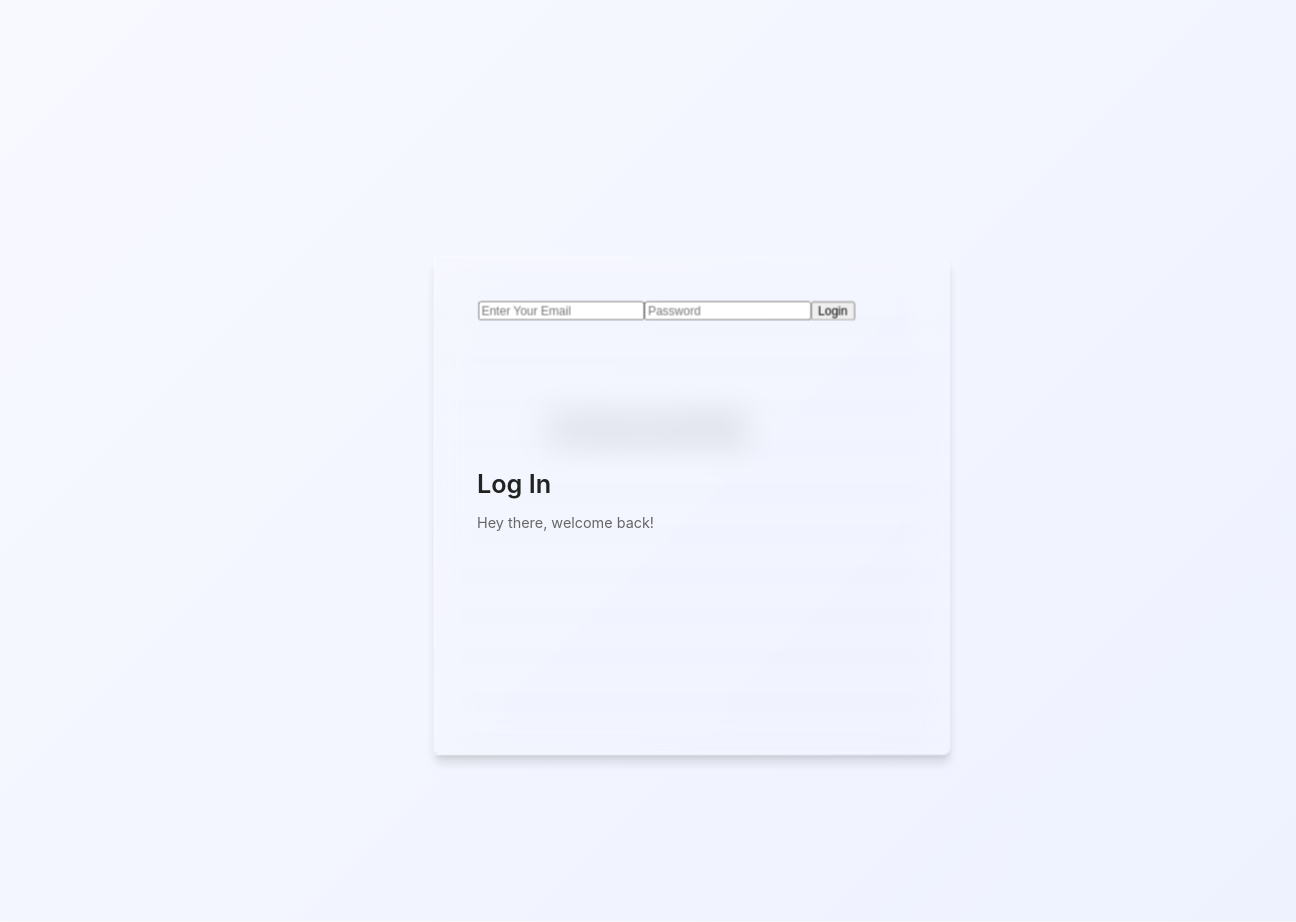
Repository: AfifaNoor/Admin_Panel-React-
Page: /sign-up
The author's editor kept a copy of each file at every save. The page is drawn from the files as they stood at one save, then again after the next save.
The browser window is 1280 px wide. The page is 1440 px wide, so the pictures cover 1440 px, including what lies to the right of the window. The pictures show the whole page, at 90% of full size.
The project was rebuilt for these pictures with package versions that can differ from the ones it lists, and the page was loaded fresh each time. Also part of the build but not shown: src/SignUp.jsx.

Above is the page before, as saved 2025-07-10 15:44:44.

After the next save:
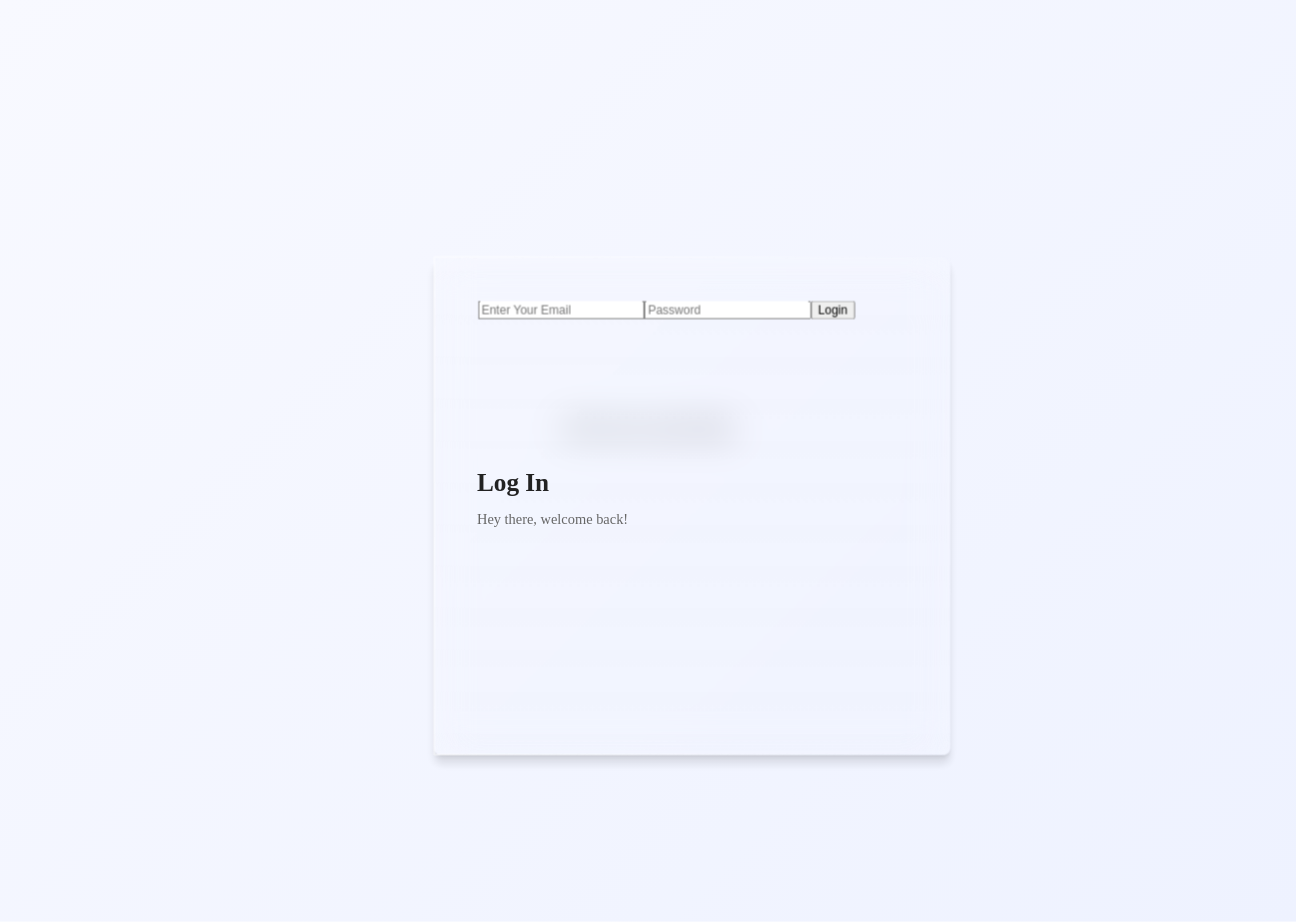
Saved 63 s later.
--- a/src/LoginPage.css
+++ b/src/LoginPage.css
@@ -9,7 +9,7 @@
   align-items: center;
   background: linear-gradient(135deg, #f8f9ff, #eef2ff);
   flex-direction: column;
-  font-family: 'Inter','sans-serif';
+  font-family:'sans-serif';
   position: relative;
 
 

After the save that followed:
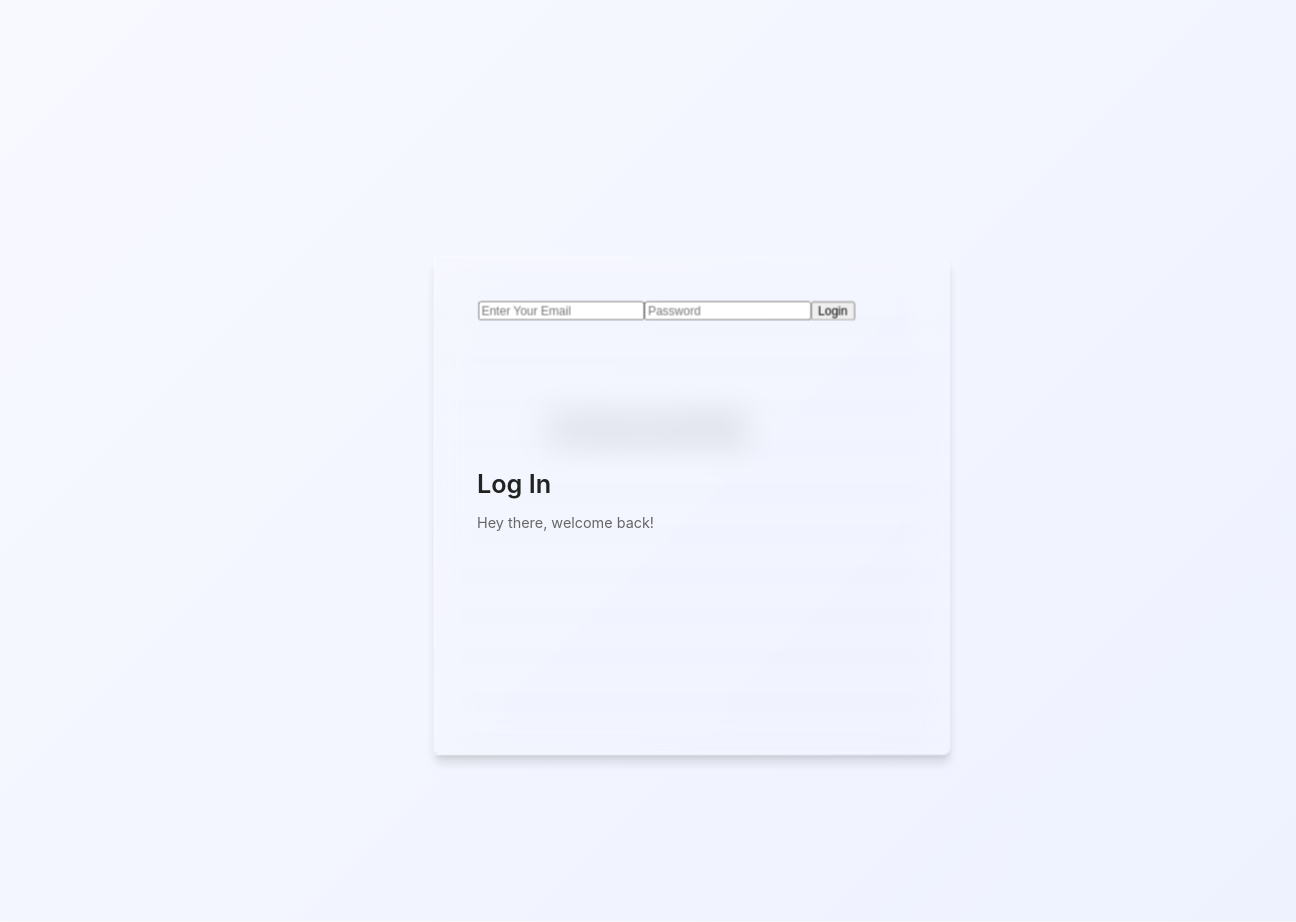
Saved 10 s later.
--- a/src/LoginPage.css
+++ b/src/LoginPage.css
@@ -9,7 +9,7 @@
   align-items: center;
   background: linear-gradient(135deg, #f8f9ff, #eef2ff);
   flex-direction: column;
-  font-family:'sans-serif';
+  font-family: 'Inter';
   position: relative;
 
 
